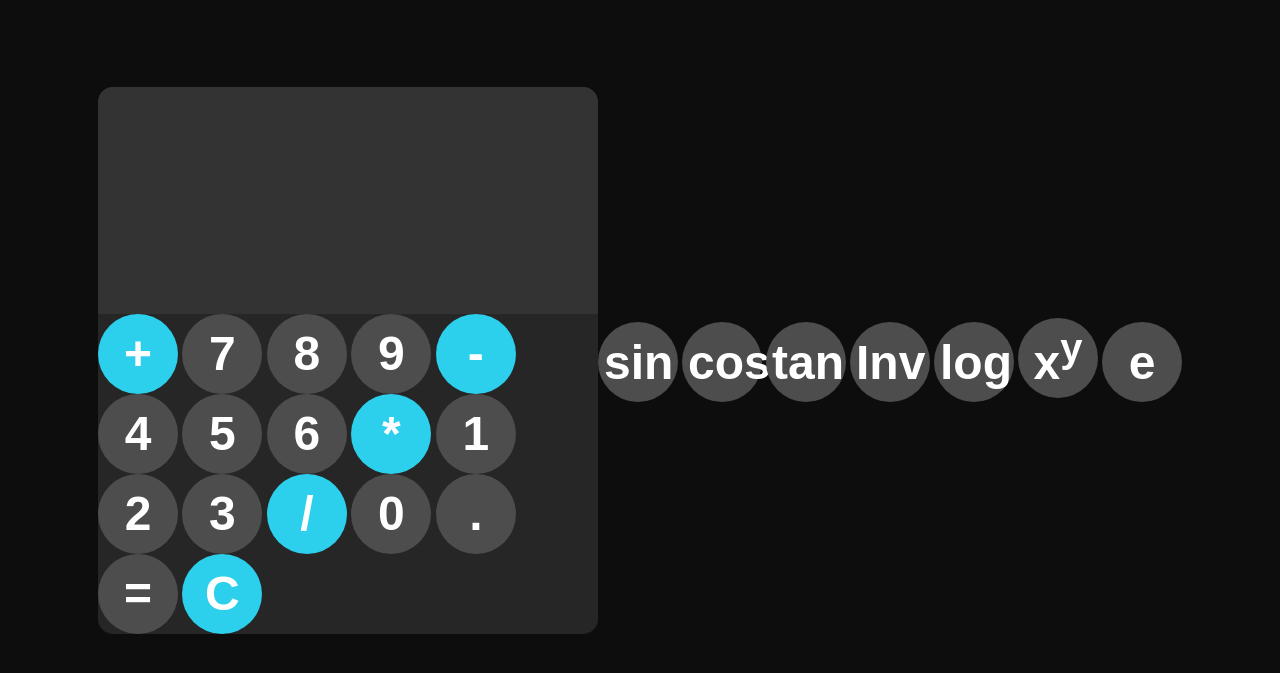
Repository: Haakim19/JavaScript
Page: Calculater/Main.html
These files come from the project's save history. The page is drawn as it stood at one moment and after the next save; the edit follows.
The browser window is 1280 px wide. The pictures show the whole page.

Above is the page before, as saved 2024-10-23 09:35:55.

### Calculater/Main.html
<!DOCTYPE html>
<html lang="en">
<head>
    <meta charset="UTF-8">
    <meta name="viewport" content="width=device-width, initial-scale=1.0">
    <title>Calculator</title>
    <link rel="stylesheet" href="Main.css">
</head>
<body>
    <div id="calculator-normal">
        <input id= "display1" readonly>
        <input id="display2" readonly>
        <div id="keys-normal">
            <button onclick="appentToDisplay('+')" class="operator-btn">+</button>
            <button onclick="appentToDisplay('7')">7</button>
            <button onclick="appentToDisplay('8')">8</button>
            <button onclick="appentToDisplay('9')">9</button>
            <button onclick="appentToDisplay('-')" class="operator-btn">-</button>
            <button onclick="appentToDisplay('4')">4</button>
            <button onclick="appentToDisplay('5')">5</button>
            <button onclick="appentToDisplay('6')">6</button>
            <button onclick="appentToDisplay('*')" class="operator-btn">*</button>
            <button onclick="appentToDisplay('1')">1</button>
            <button onclick="appentToDisplay('2')">2</button>
            <button onclick="appentToDisplay('3')">3</button>
            <button onclick="appentToDisplay('/')" class="operator-btn">/</button>
            <button onclick="appentToDisplay('0')">0</button>
            <button onclick="appentToDisplay('.')" >.</button>
            <button onclick="calculate()" >=</button>
            <button onclick="clearDisplay()" class="operator-btn">C</button>
        </div>
    </div>
    <div id="calculator-sientific">
        <button onclick="appentToDisplay('sin')">sin</button>
        <button onclick="appentToDisplay('cos')">cos</button>
        <button onclick="appentToDisplay('tan')">tan</button>
        <button onclick="appentToDisplay('Inv')">Inv</button>
        <button onclick="appentToDisplay('log')">log</button>
        <button onclick="appentToDisplay('sin')">x<sup>y</sup></button>
        <button onclick="appentToDisplay('e')">e</button>
    </div>
<script src="Main.js"></script>
</body>
</html>

### Calculater/Main.css
body{
    margin: 0;
    display: flex;
    justify-content: center;
    align-items: center;
    height: 100vh;
    background-color: hsl(0,0%, 5%);
}
#calculator-normal{
    font-family:sans-serif;
    background-color: hsl(0, 0%, 15%);
    border-radius: 15px;
    max-width: 500px;
    overflow: hidden;
}
#display1{
    width: 100%;
    padding: 20px;
    font-size: 3rem;
    border: none;
    text-align: left;
    padding-right: -15px;
    color: white;
    background-color: hsl(0, 0%, 20%);

}
#display2{
    width: 100%;
    padding: 20px;
    font-size: 5rem;
    border: none;
    text-align: left;
    padding-right: -15px;
    color: white;
    background-color: hsl(0, 0%, 20%);

}
#keys{
    display: grid;
    grid-template-columns: repeat(4, 1fr);
    gap: 10px;
    padding: 25px;
}
button{
    width: 80px;
    height: 80px;
    color: white;
    border-radius: 50px;
    border: none;
    font-size: 3rem;
    background-color: hsl(0, 0%, 30%);
    font-weight: bold;
    cursor: pointer;
}
button:hover{
    background-color: hsl(0, 0%, 40%);
}
button:active{
    background-color: hsl(0, 0%, 50%);
}
.operator-btn{
    background-color: hsl(189, 84%, 55%);
}
.operator-btn:hover{
    background-color: hsl(189, 84%, 65%);
}
.operator-btn:active{
    background-color: hsl(189, 84%, 75%);
}

### Calculater/Main.js
const display = document.getElementById('display2');

function appentToDisplay(input){
    display.value += input;
}
function clearDisplay(){
    display.value = '';
}
function calculate(){
    try{
        display.value = eval(display.value);}
    catch{
        display.value = 'Error';
    }

}

After the next save:
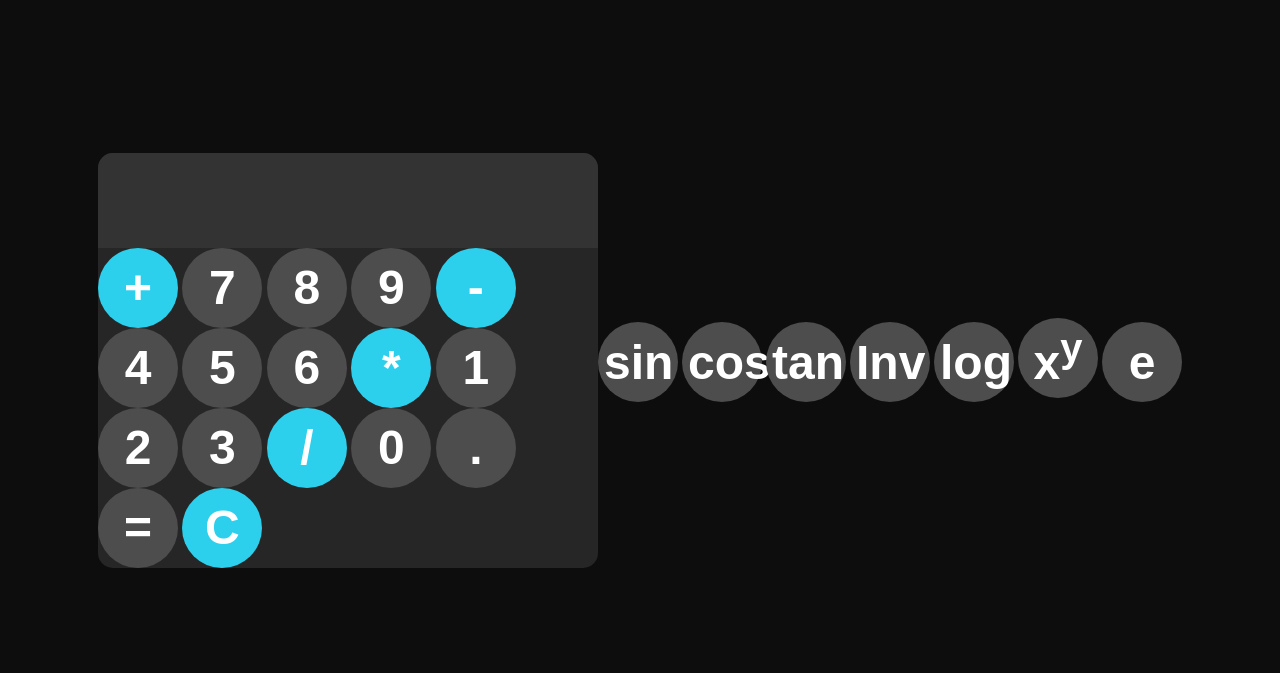
Saved 61 s later.
--- a/Calculater/Main.html
+++ b/Calculater/Main.html
@@ -9,7 +9,7 @@
 <body>
     <div id="calculator-normal">
         <input id= "display1" readonly>
-        <input id="display2" readonly>
+        <!-- <input id="display2" readonly> -->
         <div id="keys-normal">
             <button onclick="appentToDisplay('+')" class="operator-btn">+</button>
             <button onclick="appentToDisplay('7')">7</button>

After the save that followed:
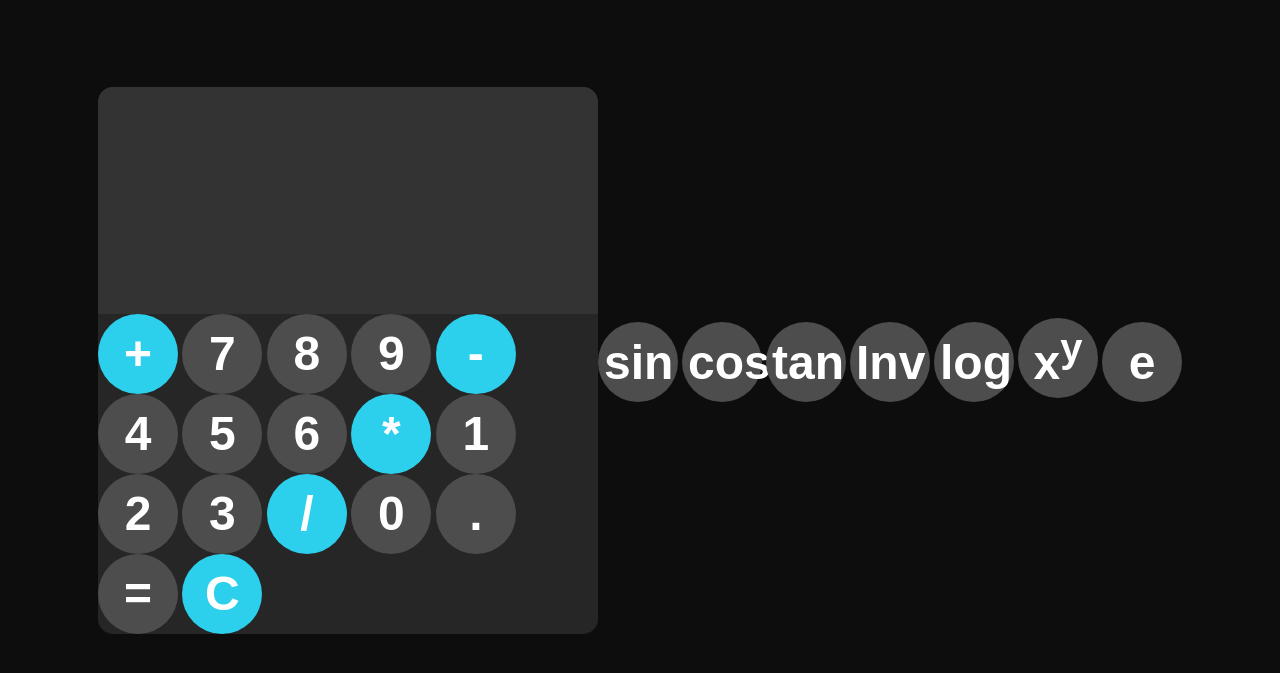
Saved 7 s later.
--- a/Calculater/Main.html
+++ b/Calculater/Main.html
@@ -9,7 +9,7 @@
 <body>
     <div id="calculator-normal">
         <input id= "display1" readonly>
-        <!-- <input id="display2" readonly> -->
+        <input id="display2" readonly>
         <div id="keys-normal">
             <button onclick="appentToDisplay('+')" class="operator-btn">+</button>
             <button onclick="appentToDisplay('7')">7</button>
